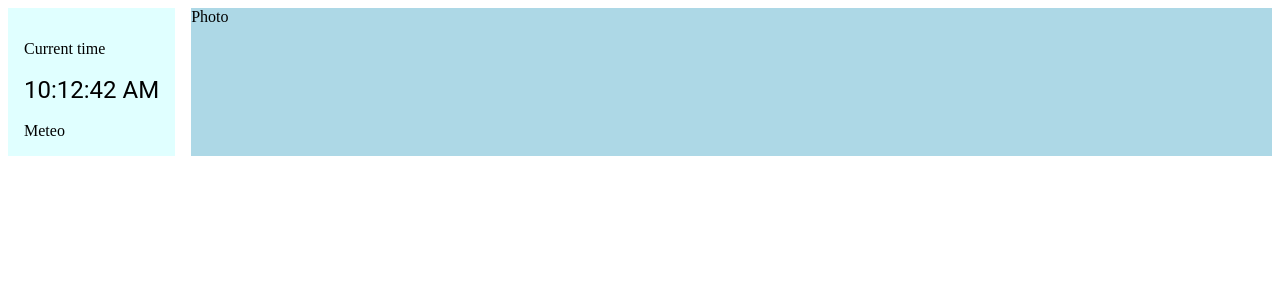
Repository: songvi/meteo
Page: /
These files come from the project's save history. The page is drawn as it stood at one moment and after the next save; the edit follows.
The browser window is 1280 px wide. The pictures show the whole page.
The project was rebuilt for these pictures with package versions that can differ from the ones it lists, and the page was loaded fresh each time. Also part of the build but not shown: src/App.css.

Above is the page before, as saved 2023-04-02 23:23:31.

### src/App.tsx
import React from 'react';
import logo from './logo.svg';
import './App.css';
import Navbar from './app/Navbar';

function App() {
  return (
    <Navbar />
  );
}

export default App;

### src/app/Navbar.tsx
import { Box, Stack } from '@mui/material'
import Meteo from '../features/meteo/Meteo'
import Photo from '../features/media/Photo'
import Datetime from '../features/datetime/Datetime'

const Navbar = () => {
    return (
        <Box>
            <Stack direction={'row'} spacing={2} justifyContent={'center'}>
                <Stack p={2} spacing={2} direction={'column'} sx={{ bgcolor: 'lightcyan' }} justifyContent={'center'}>
                    <Datetime />
                    <Meteo />
                </Stack>
                <Photo />
            </Stack>
        </Box>
    )
}

export default Navbar

### src/features/meteo/Meteo.tsx
import { Box } from '@mui/material';
import React from 'react';

const Meteo = () => {
  return (
    <Box>Meteo</Box>
  )
}

export default Meteo

### src/features/media/Photo.tsx
import { Box } from '@mui/material'
import React from 'react'

const Photo = () => {
  return (
    <Box flex={4}  sx={{ backgroundColor: 'lightblue' }}>Photo</Box>
  )
}

export default Photo

### src/features/datetime/Datetime.tsx
import Clock from 'react-clock'
import { Box, Typography } from '@mui/material'
import { useEffect } from 'react';
import { useState } from 'react';

const Datetime = () => {
    const [value, setValue] = useState(new Date());

    useEffect(() => {
        const interval = setInterval(() => setValue(new Date()), 1000)

        return () => { clearInterval(interval); }
    }, [])

    return (
        <Box flex={2} alignContent={'center'}>
            <p>Current time</p>
            <Typography variant='h5'>{value ? value.toLocaleTimeString() : ""}</Typography>
        </Box>
    )
}

export default Datetime

Loaded but not shown: public/index.html (common file); src/index.tsx (common file)

After the next save:
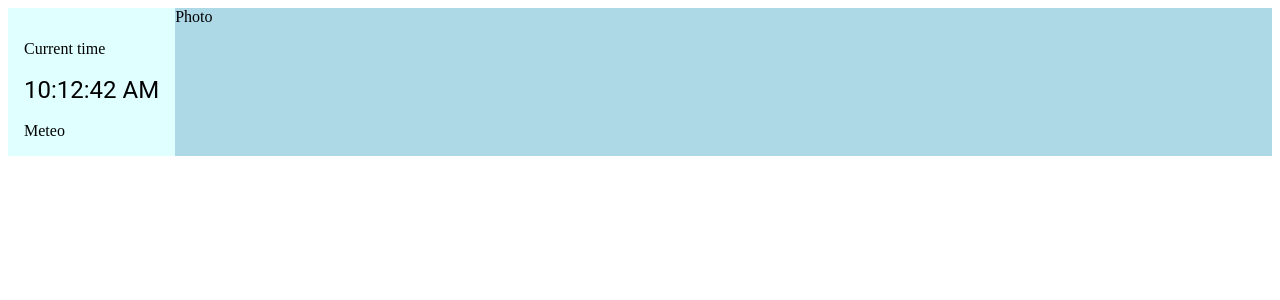
Saved 8 s later.
--- a/src/app/Navbar.tsx
+++ b/src/app/Navbar.tsx
@@ -6,7 +6,7 @@ import Datetime from '../features/datetime/Datetime'
 const Navbar = () => {
     return (
         <Box>
-            <Stack direction={'row'} spacing={2} justifyContent={'center'}>
+            <Stack direction={'row'} justifyContent={'center'}>
                 <Stack p={2} spacing={2} direction={'column'} sx={{ bgcolor: 'lightcyan' }} justifyContent={'center'}>
                     <Datetime />
                     <Meteo />
